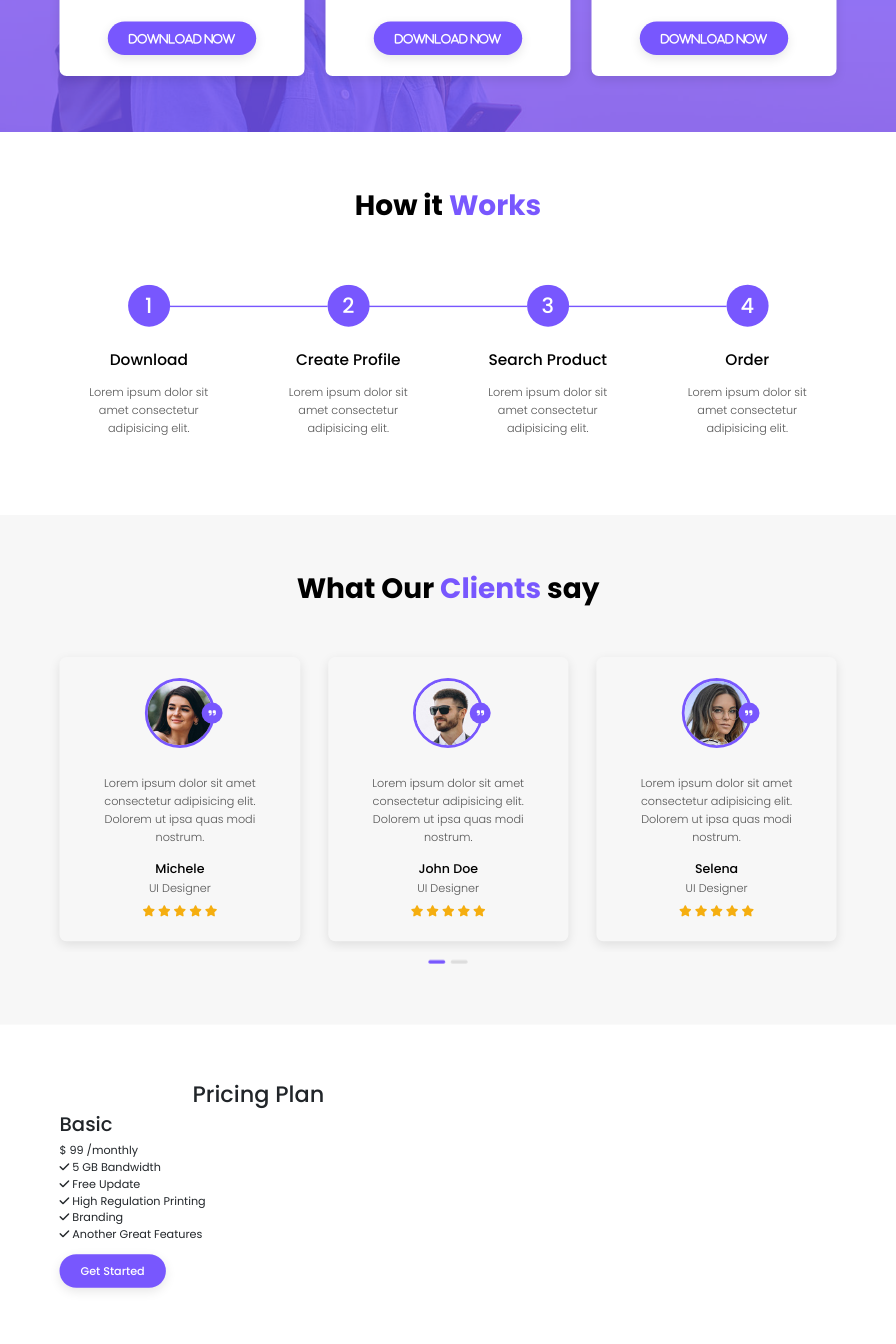
Repository: Mohamed-Hema/Shala-App
Page: index.html
An editor plug-in stored every save of this project. The page is shown before and after the next save, followed by the edit.
The browser window is 1280 px wide. The pictures show the part of the page from y = 3384 to 5304 px (the page is 5304 px tall), at 70% of full size.
Backgrounds fixed to the window are drawn as part of the page. Some web libraries are served in a nearby version.

Above is the page before, as saved 2021-02-26 20:15:23.

### index.html
<!DOCTYPE html>
<html lang="zxx">
<head>
  <title>Shala - App Landing Page</title>
  <meta charset="utf-8">
  <meta name="viewport" content="width=device-width, initial-scale=1">
  <!-- owl carousel css -->
  <link rel="stylesheet" href="css/owl.carousel.min.css">
  <!-- font awesome icons -->
  <script src="https://kit.fontawesome.com/794108ad0e.js" crossorigin="anonymous"></script>
  <!-- bootstrap css -->
  <link rel="stylesheet" href="css/bootstrap.min.css">
  <!-- main css -->
  <link rel="stylesheet" href="css/style.css">
</head>
<body>

  <!-- Start NavBar -->
  <nav class="navbar navbar-expand-md fixed-top">
    <div class="container">
      <!-- Brand -->
      <a class="navbar-brand" href="#">Shala App</a>

      <!-- Toggler/collapsibe Button -->
      <button class="navbar-toggler" type="button" data-toggle="collapse" data-target="#collapsibleNavbar">
        <span class="navbar-toggler-icon"></span>
      </button>

      <!-- Navbar links -->
      <div class="collapse navbar-collapse" id="collapsibleNavbar">
        <ul class="navbar-nav ml-auto">
          <li class="nav-item">
            <a class="nav-link active" href="#">Home</a>
          </li>
          <li class="nav-item">
            <a class="nav-link" href="#">Features</a>
          </li>
          <li class="nav-item">
            <a class="nav-link" href="#">Screenshots</a>
          </li>
          <li class="nav-item">
            <a class="nav-link" href="#">Testimonials</a>
          </li>
          <li class="nav-item">
            <a class="nav-link" href="#">Pricing</a>
          </li>
          <li class="nav-item">
            <a class="nav-link" href="#">Contact</a>
          </li>
        </ul>
      </div>
    </div>
  </nav>

  <!-- End NavBar -->
  <!-- Start Home Section -->
  <section class="home d-flex align-items-center">
    <div class="effect-wrap">
      <i class="fas fa-plus effect effect-1"></i>
      <i class="fas fa-plus effect effect-2"></i>
      <i class="fas fa-circle-notch effect effect-3"></i>
    </div>
    <div class="container">
      <div class="row align-items-center">
        <div class="col-md-7">
          <div class="home-text">
            <h1>Best Mobile App Template for your Business</h1>
            <p>Lorem, ipsum dolor sit amet consectetur adipisicing elit. Ratione soluta, expedita explicabo culpa et vero. Cumque facere harum aliquid.</p>
            <div class="home-btn">
              <a href="#" class="btn btn-1">Download App</a>
              <button type="button" class="btn btn-1 video-play-btn">
                <i class="fas fa-play"></i>
              </button>
            </div>
          </div>
        </div>
        <div class="col-md-5 text-center">
          <div class="home-img">
            <div class="circle"></div>
            <img src="img/app-screenshots/1.png" alt="First App Screen">
          </div>
        </div>
      </div>
    </div>
  </section>
  <!-- End Home Section -->
  <!-- Start Video PopUp -->
  <div class="video-popup">
    <div class="video-popup-inner">
      <i class="fas fa-times video-popup-close"></i>
      <div class="iframe-box">
        <iframe id="player-1" src="https://www.youtube.com/embed/o1eY1MPcRQs" allow="accelerometer; autoplay; clipboard-write; encrypted-media; gyroscope; picture-in-picture" allowfullscreen></iframe>
      </div>
    </div>
  </div>
  <!-- End Video PopUP -->
  <!-- Start Features Section -->
  <section class="features section-padding">
    <div class="container">
      <div class="row justify-content-center">
        <div class="col-lg-8">
          <div class="section-title">
            <h2>Awesome <span>Features</span></h2>
          </div>
        </div>
      </div>
      <div class="row">
        <div class="owl-carousel features-carousel">
          <div class="feature-item">
            <div class="icon"><i class="fas fa-code"></i></div>
            <h3>Clean Code</h3>
            <p>Lorem ipsum dolor sit amet consectetur adipisicing elit. Delectus doloremque rerum omnis ratione! Voluptatum minima dicta alias.</p>
          </div>
          <div class="feature-item">
            <div class="icon"><i class="fas fa-edit"></i></div>
            <h3>Auto Install System</h3>
            <p>Lorem ipsum dolor sit amet consectetur adipisicing elit. Delectus doloremque rerum omnis ratione! Voluptatum minima dicta alias.</p>
          </div>
          <div class="feature-item">
            <div class="icon"><i class="fas fa-code"></i></div>
            <h3>Beautiful Code</h3>
            <p>Lorem ipsum dolor sit amet consectetur adipisicing elit. Delectus doloremque rerum omnis ratione! Voluptatum minima dicta alias.</p>
          </div>
          <div class="feature-item">
            <div class="icon"><i class="fas fa-check"></i></div>
            <h3>Fast Load App</h3>
            <p>Lorem ipsum dolor sit amet consectetur adipisicing elit. Delectus doloremque rerum omnis ratione! Voluptatum minima dicta alias.</p>
          </div>
          <div class="feature-item">
            <div class="icon"><i class="fas fa-desktop"></i></div>
            <h3>Responsive Design</h3>
            <p>Lorem ipsum dolor sit amet consectetur adipisicing elit. Delectus doloremque rerum omnis ratione! Voluptatum minima dicta alias.</p>
          </div>

        </div>
      </div>
    </div>
  </section>

  <!-- End Features Section -->
  <!-- Start Fun Facts Section -->
  <section class="fun-facts section-padding">
    <div class="container">
      <div class="row">
        <div class="col-lg-6 col-md-5 d-flex align-items-center justify-content-center">
          <div class="fun-facts-img">
            <img src="img/app-screenshots/2.png" alt="Fun Facts">
          </div>
        </div>
        <div class="col-lg-6 col-md-7">
          <div class="section-title">
            <h2>Fun <span>Facts</span></h2>
          </div>
          <div class="fun-facts-text">
            <p>Lorem ipsum dolor sit amet consectetur adipisicing elit. At excepturi quibusdam id nisi reiciendis.</p>
            <div class="row">
              <div class="col-sm-6">
                <div class="fun-fact-item style-1">
                  <h3>40K</h3>
                  <span>Downloads</span>
                </div>
              </div>
              <div class="col-sm-6">
                <div class="fun-fact-item style-2">
                  <h3>10K</h3>
                  <span>Ratings</span>
                </div>
              </div>
              <div class="col-sm-6">
                <div class="fun-fact-item style-3">
                  <h3>5K</h3>
                  <span>daily users</span>
                </div>
              </div>
              <div class="col-sm-6">
                <div class="fun-fact-item style-4">
                  <h3>150</h3>
                  <span>Awards</span>
                </div>
              </div>
            </div>
            </div>
          </div>
        </div>
      </div>
    </div>
  </section>

  <!-- End Fun Facts Section -->
  <!-- Start App Screenshots Section -->
  <section class="app-screenshots section-padding">
    <div class="container">
      <div class="row justify-content-center">
        <div class="col-lg-8">
          <div class="section-title">
            <h2>App <span>Screenshots</span></h2>
          </div>
        </div>
      </div>
      <div class="row">
        <div class="owl-carousel screensots-carousel">
          <div class="screenshots-item">
            <img src="img/app-screenshots/1.png" alt="Screenshot">
          </div>
          <div class="screenshots-item">
            <img src="img/app-screenshots/2.png" alt="Screenshot">
          </div>
          <div class="screenshots-item">
            <img src="img/app-screenshots/3.png" alt="Screenshot">
          </div>
          <div class="screenshots-item">
            <img src="img/app-screenshots/1.png" alt="Screenshot">
          </div>
          <div class="screenshots-item">
            <img src="img/app-screenshots/2.png" alt="Screenshot">
          </div>

        </div>
      </div>
    </div>
  </section>

  <!-- End App Screenshots Section -->
  <!-- Start App Downlaod Section -->
  <section class="app-download section-padding">
    <div class="container">
      <div class="row justify-content-center">
        <div class="col-lg-8">
          <div class="section-title">
            <h2>Download <span>App</span></h2>
          </div>
        </div>
      </div>
      <div class="row justify-content-center">
        <div class="col-lg-4 col-md-6">
          <div class="app-download-item">
            <i class="fab fa-google-play">
              <h3>Google Play</h3>
              <p>Lorem ipsum dolor sit amet consectetur adipisicing elit.</p>
              <a href="#" class="btn btn-2">Download Now</a>
            </i>
          </div>
        </div>
        <div class="col-lg-4 col-md-6">
          <div class="app-download-item">
            <i class="fab fa-apple">
              <h3>Apple Store</h3>
              <p>Lorem ipsum dolor sit amet consectetur adipisicing elit.</p>
              <a href="#" class="btn btn-2">Download Now</a>
            </i>
          </div>
        </div>
        <div class="col-lg-4 col-md-6">
          <div class="app-download-item">
            <i class="fab fa-windows">
              <h3>Microsoft Store</h3>
              <p>Lorem ipsum dolor sit amet consectetur adipisicing elit.</p>
              <a href="#" class="btn btn-2">Download Now</a>
            </i>
          </div>
        </div>
      </div>
    </div>
  </section>
  <!-- End App Downlaod Section -->
  <!-- Start How it works -->
  <section class="how-it-works section-padding">
    <div class="container">
      <div class="row justify-content-center">
        <div class="col-lg-8">
          <div class="section-title">
          <h2>How it <span>Works</span></h2>
        </div>
        </div>
      </div>
      <div class="row">
        <div class="col-lg-3 col-md-6">
          <div class="how-it-works-item line-right">
            <div class="step">1</div>
            <h3>Download</h3>
            <p>Lorem ipsum dolor sit amet consectetur adipisicing elit.</p>
          </div>
        </div>
        <div class="col-lg-3 col-md-6">
          <div class="how-it-works-item line-right">
            <div class="step">2</div>
            <h3>Create Profile</h3>
            <p>Lorem ipsum dolor sit amet consectetur adipisicing elit.</p>
          </div>
        </div>
        <div class="col-lg-3 col-md-6">
          <div class="how-it-works-item line-right">
            <div class="step">3</div>
            <h3>Search Product</h3>
            <p>Lorem ipsum dolor sit amet consectetur adipisicing elit.</p>
          </div>
        </div>
        <div class="col-lg-3 col-md-6">
          <div class="how-it-works-item">
            <div class="step">4</div>
            <h3>Order</h3>
            <p>Lorem ipsum dolor sit amet consectetur adipisicing elit.</p>
          </div>
        </div>
      </div>
    </div>
  </section>
  <!-- End How it works -->
  <!-- Start Testimonials Section -->
  <section class="testimonials section-padding">
    <div class="container">
      <div class="row justify-content-center">
        <div class="col-lg-8">
          <div class="section-title">
            <h2>What Our <span>Clients</span> say</h2>

          </div>
        </div>
      </div>
      <div class="row">
        <div class="owl-carousel testimonials-carousel">
          <div class="testimonials-item">
            <div class="img-box">
              <img src="img/testimonial/1.jpg" alt="1 testimonial">
              <i class="fas fa-quote-right"></i>
            </div>
            <p>Lorem ipsum dolor sit amet consectetur adipisicing elit. Dolorem ut ipsa quas modi nostrum.</p>
            <h3>John Doe</h3>
            <span>UI Designer</span>
            <div class="rating">
              <i class="fas fa-star"></i>
              <i class="fas fa-star"></i>
              <i class="fas fa-star"></i>
              <i class="fas fa-star"></i>
              <i class="fas fa-star"></i>
            </div>
          </div>
          <div class="testimonials-item">
            <div class="img-box">
              <img src="img/testimonial/2.jpg" alt="2 testimonial">
              <i class="fas fa-quote-right"></i>
            </div>
            <p>Lorem ipsum dolor sit amet consectetur adipisicing elit. Dolorem ut ipsa quas modi nostrum.</p>
            <h3>Michele</h3>
            <span>UI Designer</span>
            <div class="rating">
              <i class="fas fa-star"></i>
              <i class="fas fa-star"></i>
              <i class="fas fa-star"></i>
              <i class="fas fa-star"></i>
              <i class="fas fa-star"></i>
            </div>
          </div>
          <div class="testimonials-item">
            <div class="img-box">
              <img src="img/testimonial/3.jpg" alt="3 testimonial">
              <i class="fas fa-quote-right"></i>
            </div>
            <p>Lorem ipsum dolor sit amet consectetur adipisicing elit. Dolorem ut ipsa quas modi nostrum.</p>
            <h3>John Doe</h3>
            <span>UI Designer</span>
            <div class="rating">
              <i class="fas fa-star"></i>
              <i class="fas fa-star"></i>
              <i class="fas fa-star"></i>
              <i class="fas fa-star"></i>
              <i class="fas fa-star"></i>
            </div>
          </div>
          <div class="testimonials-item">
            <div class="img-box">
              <img src="img/testimonial/4.jpg" alt="4 testimonial">
              <i class="fas fa-quote-right"></i>
            </div>
            <p>Lorem ipsum dolor sit amet consectetur adipisicing elit. Dolorem ut ipsa quas modi nostrum.</p>
            <h3>Selena</h3>
            <span>UI Designer</span>
            <div class="rating">
              <i class="fas fa-star"></i>
              <i class="fas fa-star"></i>
              <i class="fas fa-star"></i>
              <i class="fas fa-star"></i>
              <i class="fas fa-star"></i>
            </div>
          </div>
        </div>
      </div>
    </div>
  </section>
  <!-- End Testimonials Section -->
  <!-- Start Pricing Section -->
  <section class="pricing section-padding">
    <div class="container">
      <div class="row justify-content-center">
        <div class="col-lg-8">
          <div class="section title">
            <h2>Pricing <span>Plan</span></h2>
          </div>
        </div>
      </div>
      <div class="row">
        <div class="col-lg-4 col-md-6">
          <div class="pricing-plan">
            <div class="pricing-header">
              <h3>Basic</h3>
            </div>
            <div class="pricing-price">
              <span class="currency">$</span>
              <span class="price">99</span>
              <span class="period">/monthly</span>
            </div>
            <div class="pricing-body">
              <ul>
                <li><i class="fas fa-check"></i> 5 GB Bandwidth</li>
                <li><i class="fas fa-check"></i> Free Update</li>
                <li><i class="fas fa-check"></i> High Regulation Printing</li>
                <li><i class="fas fa-check"></i> Branding</li>
                <li><i class="fas fa-check"></i> Another Great Features</li>
              </ul>
            </div>
            <div class="pricing-footer">
              <a href="#" class="btn btn-2">Get Started</a>
            </div>
          </div>
        </div>
      </div>
    </div>
  </section>

  <!-- End Pricing Section -->

<!-- jquery js -->
<script src="js/jquery.min.js"></script>
<!-- popper js -->
<script src="js/popper.min.js"></script>
<!-- bootstrap js -->
<script src="js/bootstrap.min.js"></script>
<!-- owl carousel js -->
<script src="js/owl.carousel.min.js"></script>
<!-- ScrollIt js -->
<script src="js/scrollIt.min.js"></script>
<!-- main js -->
<script src="js/main.js"></script>
</body>
</html>

Loaded but not shown: css/owl.carousel.min.css (library); css/bootstrap.min.css (library); js/jquery.min.js (library); js/popper.min.js (library); js/bootstrap.min.js (library); js/owl.carousel.min.js (library); js/scrollIt.min.js (common file); js/main.js (80 lines, source omitted); css/style.css (662 lines, source omitted)

After the next save:
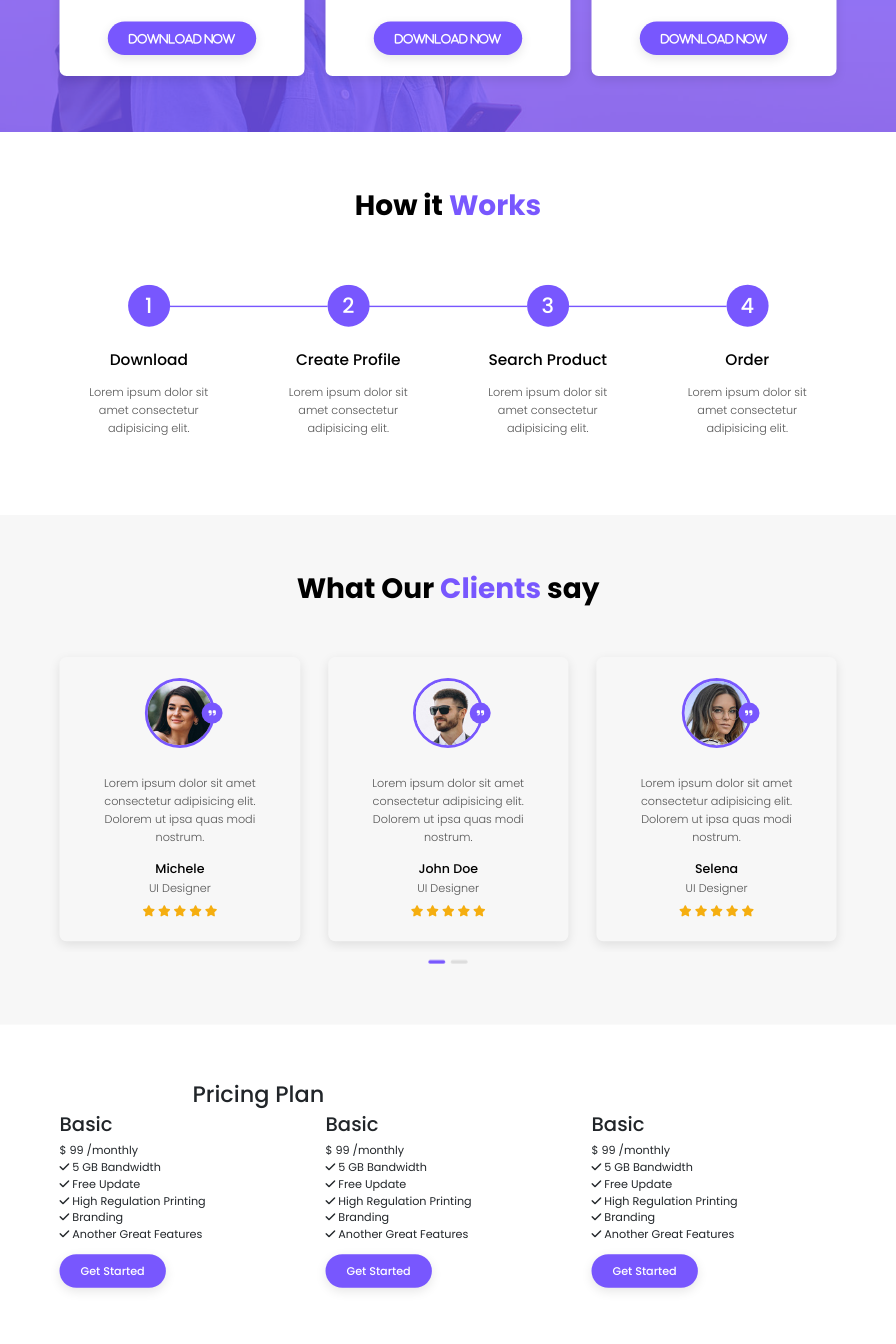
Saved 48 s later.
--- a/index.html
+++ b/index.html
@@ -423,6 +423,54 @@
             </div>
           </div>
         </div>
+        <div class="col-lg-4 col-md-6">
+          <div class="pricing-plan">
+            <div class="pricing-header">
+              <h3>Basic</h3>
+            </div>
+            <div class="pricing-price">
+              <span class="currency">$</span>
+              <span class="price">99</span>
+              <span class="period">/monthly</span>
+            </div>
+            <div class="pricing-body">
+              <ul>
+                <li><i class="fas fa-check"></i> 5 GB Bandwidth</li>
+                <li><i class="fas fa-check"></i> Free Update</li>
+                <li><i class="fas fa-check"></i> High Regulation Printing</li>
+                <li><i class="fas fa-check"></i> Branding</li>
+                <li><i class="fas fa-check"></i> Another Great Features</li>
+              </ul>
+            </div>
+            <div class="pricing-footer">
+              <a href="#" class="btn btn-2">Get Started</a>
+            </div>
+          </div>
+        </div>
+        <div class="col-lg-4 col-md-6">
+          <div class="pricing-plan">
+            <div class="pricing-header">
+              <h3>Basic</h3>
+            </div>
+            <div class="pricing-price">
+              <span class="currency">$</span>
+              <span class="price">99</span>
+              <span class="period">/monthly</span>
+            </div>
+            <div class="pricing-body">
+              <ul>
+                <li><i class="fas fa-check"></i> 5 GB Bandwidth</li>
+                <li><i class="fas fa-check"></i> Free Update</li>
+                <li><i class="fas fa-check"></i> High Regulation Printing</li>
+                <li><i class="fas fa-check"></i> Branding</li>
+                <li><i class="fas fa-check"></i> Another Great Features</li>
+              </ul>
+            </div>
+            <div class="pricing-footer">
+              <a href="#" class="btn btn-2">Get Started</a>
+            </div>
+          </div>
+        </div>
       </div>
     </div>
   </section>
